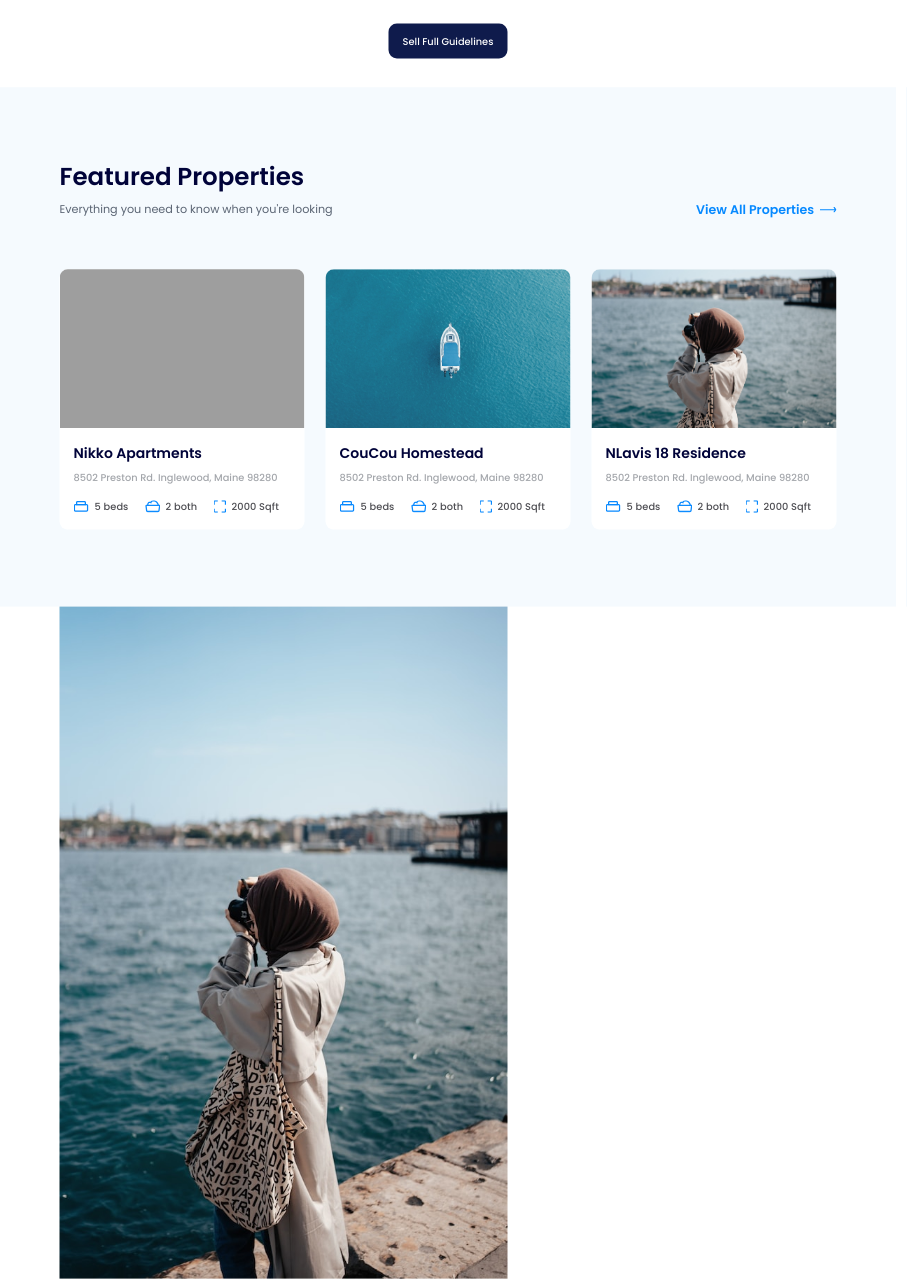
Repository: Kazuto-2004/f8-htmlcss-01
Page: index.html
An editor plug-in stored every save of this project. The page is shown before and after the next save, followed by the edit.
The browser window is 1280 px wide. The page is 1295 px wide, so the pictures cover 1295 px, including what lies to the right of the window. The pictures show the part of the page from y = 1572 to 3452 px (the page is 3401 px tall before and 3452 px after), at 70% of full size.
Pictures or frames that could not be fetched are drawn as grey boxes.

Above is the page before, as saved 2023-07-11 14:26:00.

After the next save:
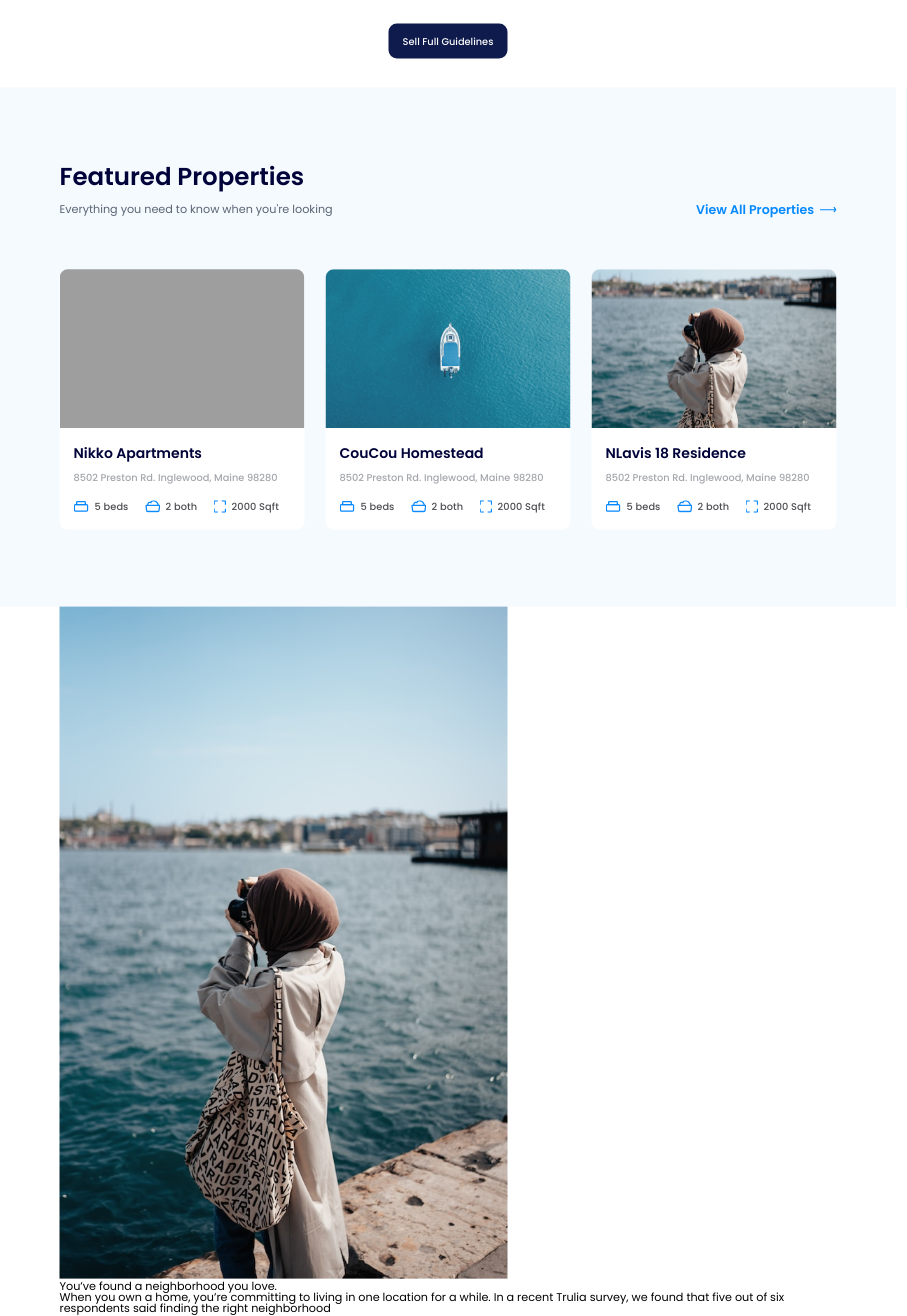
Saved 50 s later.
--- a/index.html
+++ b/index.html
@@ -300,11 +300,11 @@
                 <div class="content">
                     <div class="row">
                         <div class="img-block">
-                            <img src="./assets/img/starts.jpg" alt="">
+                            <img src="./assets/img/starts.jpg" alt="You’ve found a neighborhood you love.">
                         </div>
                         <div class="info">
-                            <h2 class="sub-title"></h2>
-                            <p class="desc"></p>
+                            <h2 class="sub-title">You’ve found a neighborhood you love.</h2>
+                            <p class="desc">When you own a home, you’re committing to living in one location for a while. In a recent Trulia survey, we found that five out of six respondents said finding the right neighborhood </p>
                         </div>
                     </div>
                 </div>
